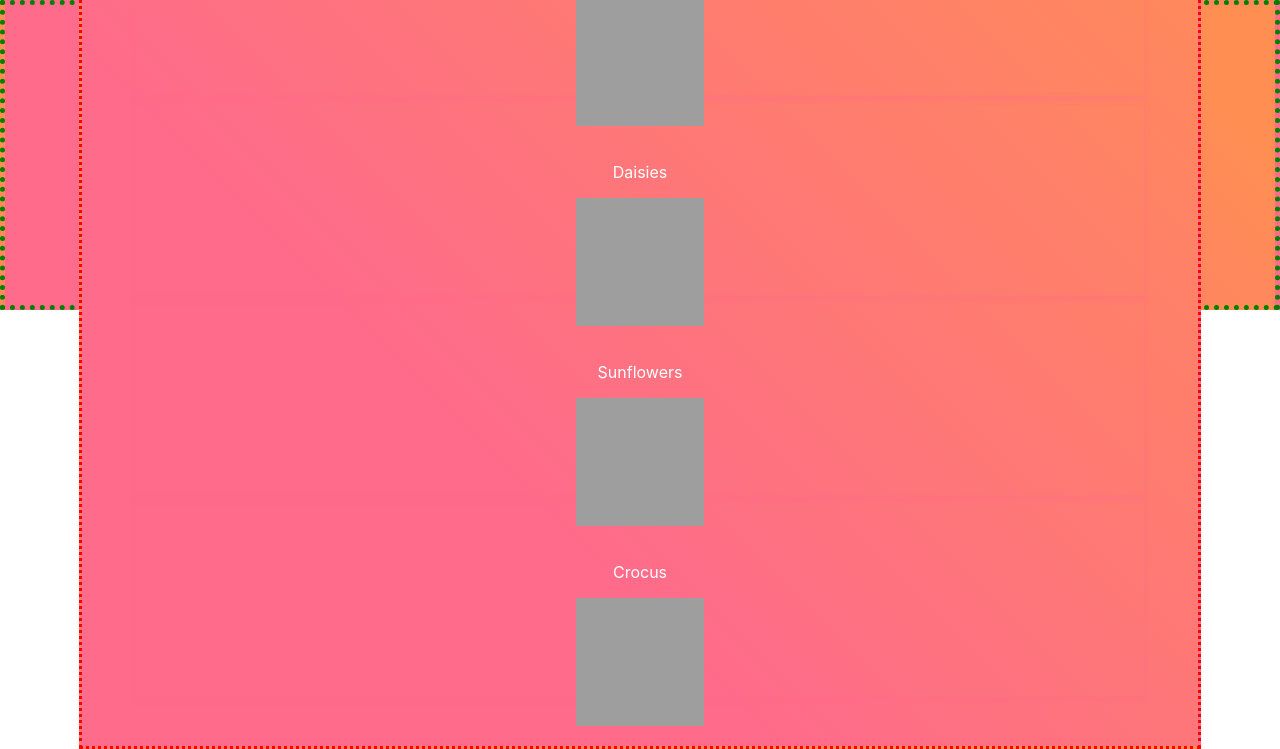
Repository: DevLuDaley/react-flower-shop
Page: /
An editor plug-in stored every save of this project. The page is shown before and after the next save, followed by the edit.
The browser window is 1280 px wide. The pictures show the whole page.
Pictures or frames that could not be fetched are drawn as grey boxes. The project was rebuilt for these pictures with package versions that can differ from the ones it lists, and the page was loaded fresh each time.

Above is the page before, as saved 2021-02-19 22:10:07.

After the next save:
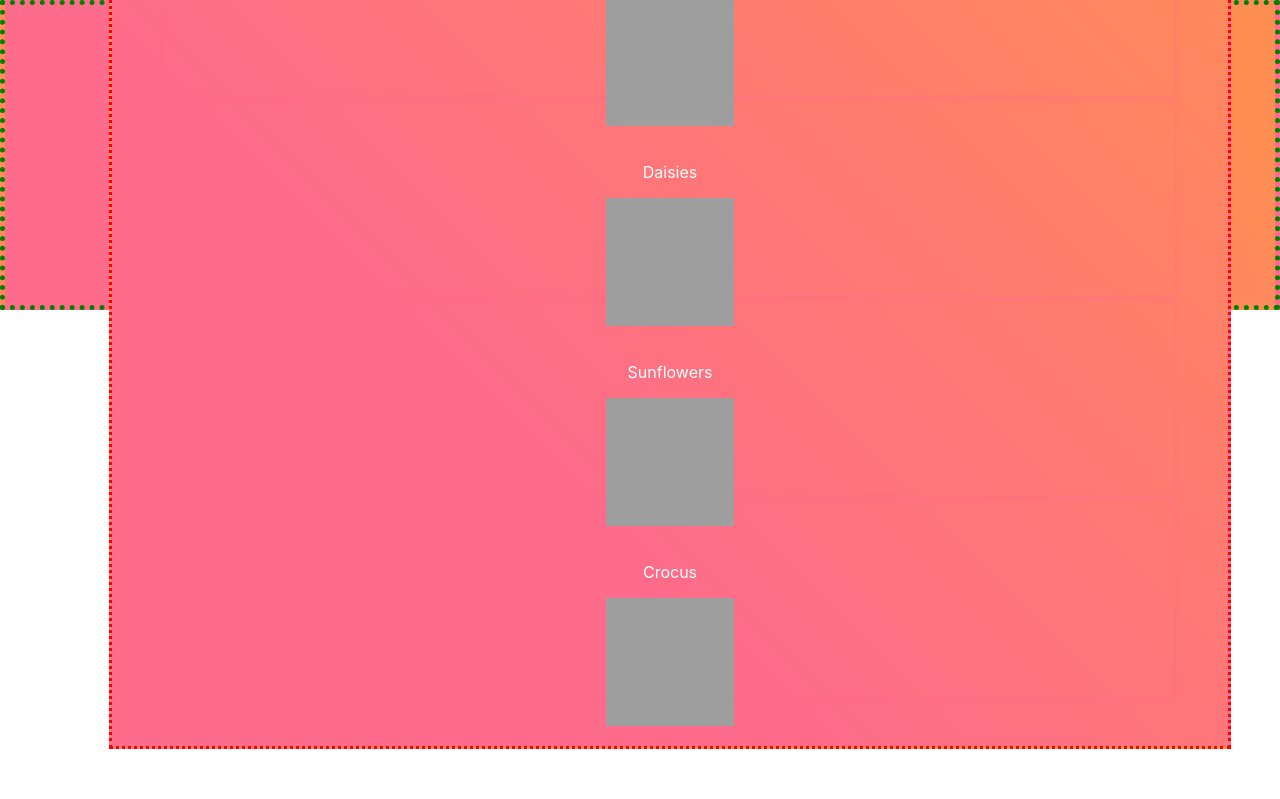
Saved 7 s later.
--- a/src/Containers/FlowersContainer.js
+++ b/src/Containers/FlowersContainer.js
@@ -16,7 +16,8 @@ const useStyles = makeStyles({
     // color: 'white',
     // height: "auto",
     padding: '50px 30px',
-    display: 'flex',
+    margin: '50px 30px',
+    // display: 'flex',
     justifyContent: 'center',
     alignItems: 'center',
     textAlign: 'center',
